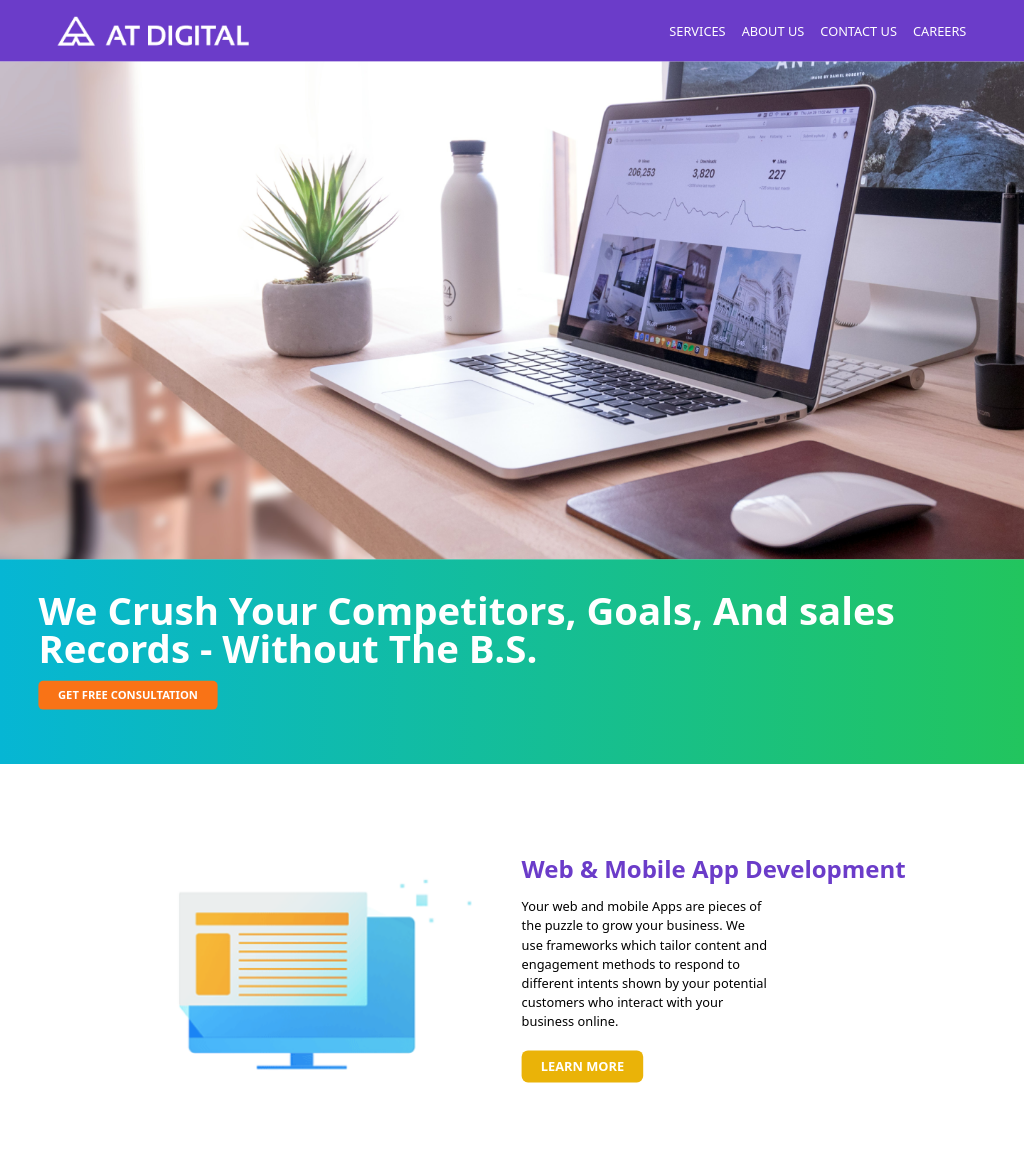
Repository: Milith97/AT-Digital-Website
Page: /
The author's editor kept a copy of each file at every save. The page is drawn from the files as they stood at one save, then again after the next save.
The browser window is 1280 px wide. The pictures show the whole page, at 80% of full size.
The project was rebuilt for these pictures with package versions that can differ from the ones it lists, and the page was loaded fresh each time. Also part of the build but not shown: vite.config.js.

Above is the page before, as saved 2024-04-06 22:07:27.

After the next save:
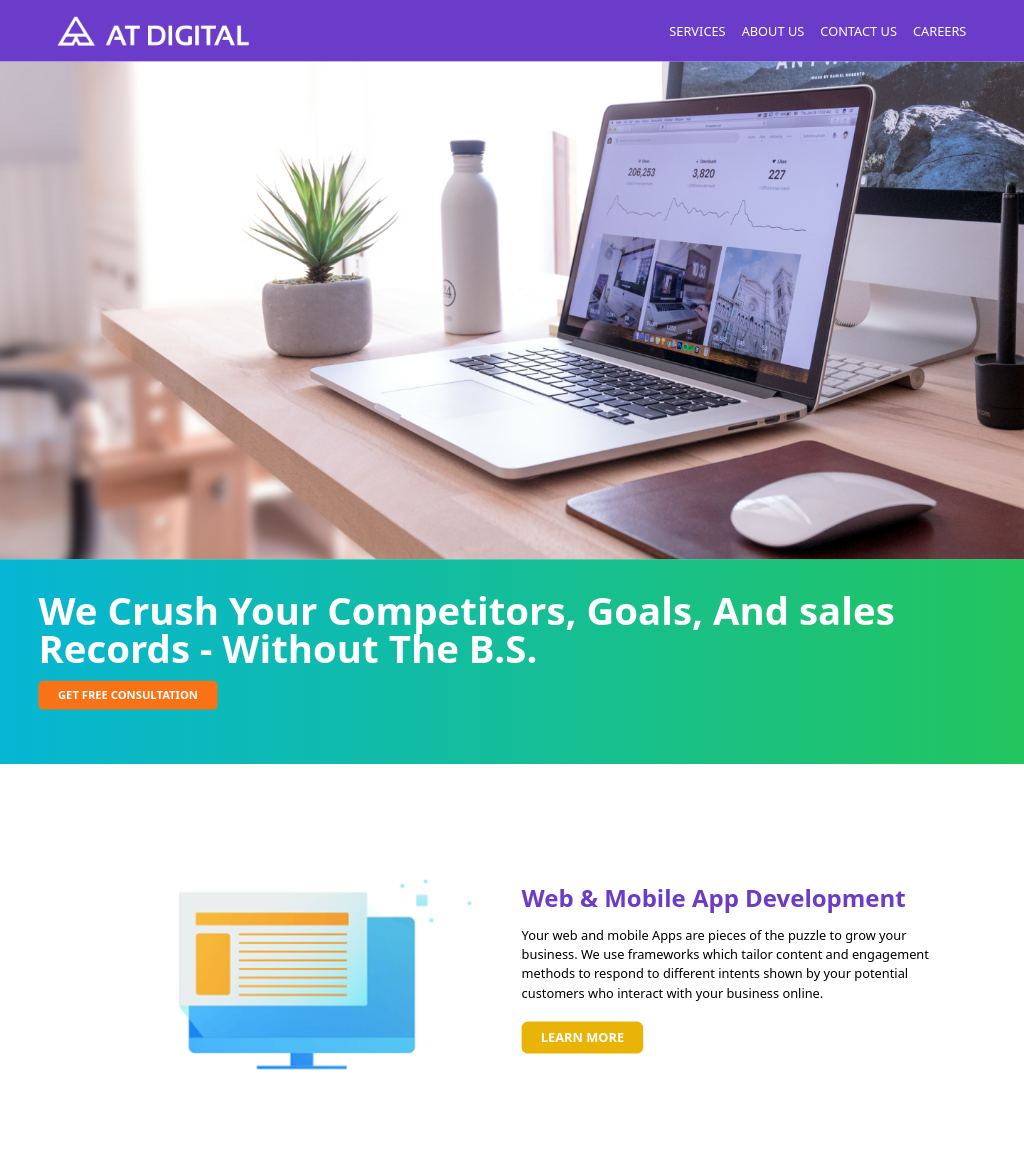
Saved 24 s later.
--- a/src/Components/Servicers.jsx
+++ b/src/Components/Servicers.jsx
@@ -10,7 +10,7 @@ const Servicers = () => {
             {/* Right Side (Content) */}
             <div className="max-w-lg">
                 <h2 className="sm:text-3xl md:text-2xl lg:text-3xl xl:text-3xl 2xl:text:4xl  font-bold mb-4 text-[#6B3CC9]">Web & Mobile App Development</h2>
-                <p className="lg:w-3/5 sm:text-xl md:text-lg lg:text-lg xl:text-base 2xl:text-xl font-normal  mb-6 ">Your web and mobile Apps are pieces of the puzzle to grow your business. We use frameworks which tailor content and engagement methods to respond to different intents shown by your potential customers who interact with your business online.</p>
+                <p className=" sm:text-xl md:text-lg lg:text-lg xl:text-base 2xl:text-xl font-normal  mb-6 ">Your web and mobile Apps are pieces of the puzzle to grow your business. We use frameworks which tailor content and engagement methods to respond to different intents shown by your potential customers who interact with your business online.</p>
                 <button className="bg-yellow-500 text-white font-bold py-2 px-6 rounded-lg hover:bg-yellow-600 transition-colors">LEARN MORE</button>
             </div>
         </div>
